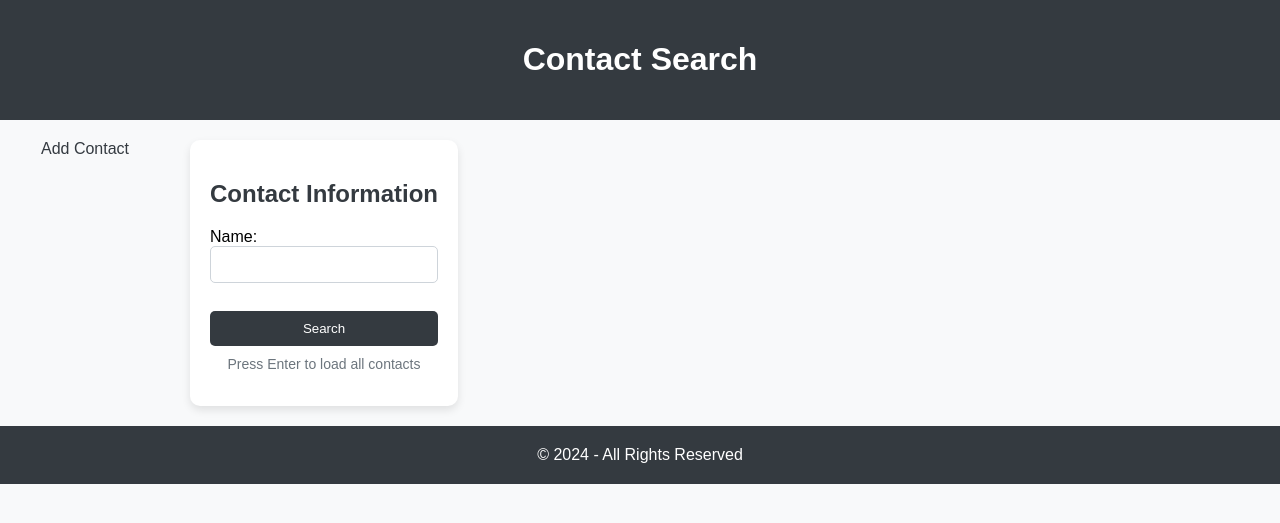
Repository: jonahnathan/techExercise
Page: webproject/src/main/webapp/simpleFormSearch.html
An editor plug-in stored every save of this project. The page is shown before and after the next save, followed by the edit.
The browser window is 1280 px wide. The pictures show the whole page.

Above is the page before, as saved 2024-03-28 22:40:18.

### webproject/src/main/webapp/simpleFormSearch.html
<!DOCTYPE html>
<html lang="en">
<head>
    <meta charset="UTF-8">
    <meta name="viewport" content="width=device-width, initial-scale=1.0">
    <title>Contact Search</title>
    <style>
        body {
            font-family: Arial, sans-serif;
            margin: 0;
            padding: 0;
            background-color: #f8f9fa;
        }

        header {
            background-color: #343a40;
            color: white;
            text-align: center;
            padding: 20px;
        }

        nav {
            background-color: #f8f9fa;
            padding: 10px;
            width: 150px;
            float: left;
        }

        nav a {
            display: block;
            color: #343a40;
            text-decoration: none;
            padding: 10px 0;
            text-align: center;
        }

        nav a:hover {
            background-color: #e9ecef;
        }

        section {
            background-color: white;
            float: left;
            padding: 20px;
            margin: 20px;
            border-radius: 10px;
            box-shadow: 0 4px 8px 0 rgba(0,0,0,0.1);
        }

        section h1 {
            color: #343a40;
            margin-bottom: 20px;
            text-align: center;
        }

        form {
            max-width: 300px;
            margin: 0 auto;
        }

        input[type="text"] {
            width: 100%;
            padding: 10px;
            margin-bottom: 10px;
            border: 1px solid #ced4da;
            border-radius: 5px;
            box-sizing: border-box;
        }

        input[type="submit"] {
            width: 100%;
            padding: 10px;
            background-color: #343a40;
            color: white;
            border: none;
            border-radius: 5px;
            cursor: pointer;
        }

        input[type="submit"]:hover {
            background-color: #23272b;
        }

        footer {
            background-color: #343a40;
            color: white;
            clear: both;
            text-align: center;
            padding: 20px;
        }

        .subtitle {
            font-size: 14px;
            color: #6c757d;
            text-align: center;
            margin-top: 10px;
        }
    </style>
</head>
<body>

<header>
    <h1>Contact Search</h1>
</header>

<nav>
    <a href="/webproject/simpleFormInsert.html">Add Contact</a>
</nav>

<section>
    <h1>Contact Information</h1>
    <form action="SimpleFormSearch" method="POST">
        <label for="keyword">Name:</label><br>
        <input type="text" id="keyword" name="keyword"><br><br>
        <input type="submit" value="Search">
    </form>
    <p class="subtitle">Press Enter to load all contacts</p>
</section>

<footer>
    &copy; 2024 - All Rights Reserved
</footer>

</body>
</html>

After the next save:
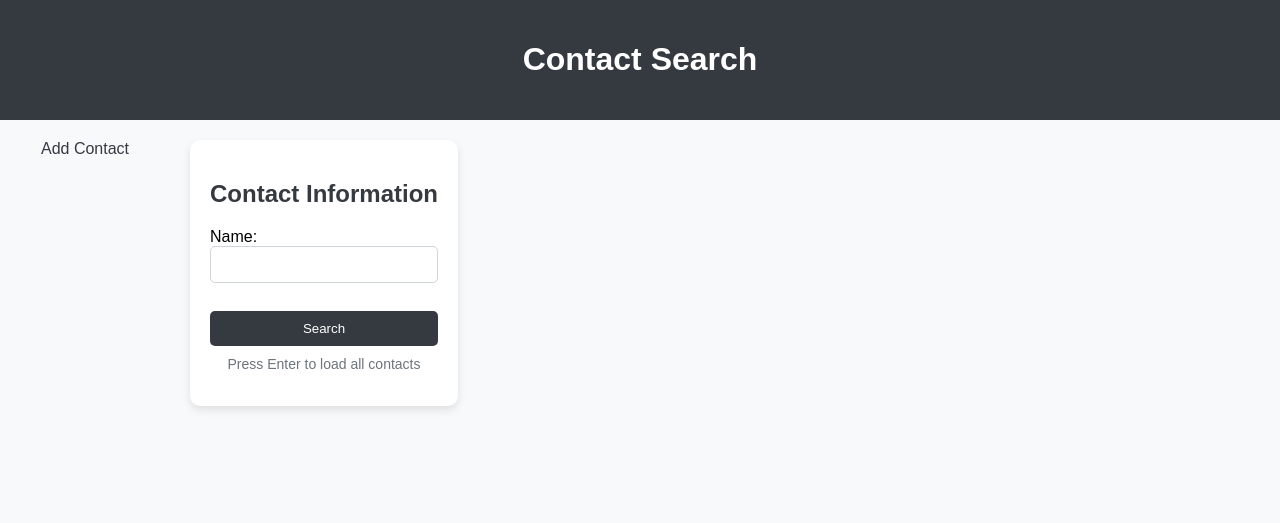
Saved 2 min 2 s later.
--- a/webproject/src/main/webapp/simpleFormSearch.html
+++ b/webproject/src/main/webapp/simpleFormSearch.html
@@ -117,9 +117,6 @@
     <p class="subtitle">Press Enter to load all contacts</p>
 </section>
 
-<footer>
-    &copy; 2024 - All Rights Reserved
-</footer>
 
 </body>
 </html>
